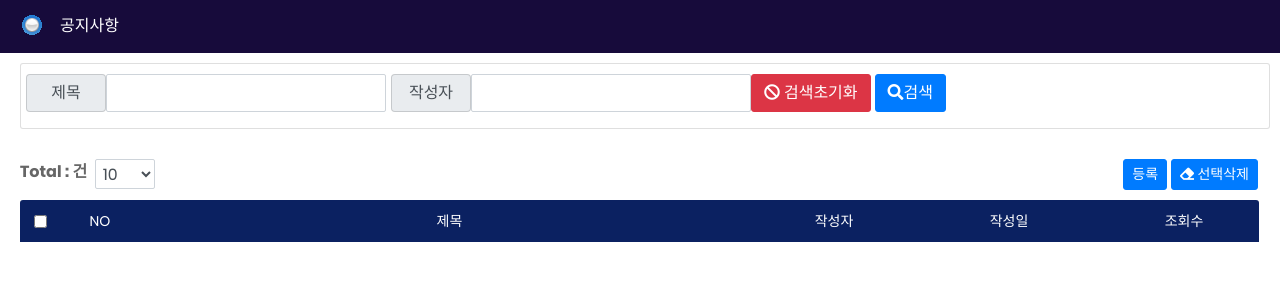
Repository: kimnamgu/GangNamGu
Page: http://localhost/manpower/WEB-INF/jsp/daejang/notice.jsp
An editor plug-in stored every save of this project. The page is shown before and after the next save, followed by the edit.
The browser window is 1280 px wide. The pictures show the whole page.
The page is served by Tomcat 9. Nobody is signed in. Other server files are loaded and not shown. The template is opened directly, without the code that normally fills it, so the values that code supplies are empty.

Above is the page before, as saved 2020-11-04 01:06:37.
Console error: TypeError: Cannot read properties of undefined (reading 'replace')

### manpower/src/main/webapp/WEB-INF/jsp/daejang/notice.jsp
<%@ page language="java" contentType="text/html; charset=UTF-8"	pageEncoding="UTF-8"%>
<html>
<head>
<%@ include file="/WEB-INF/include/include-header.jspf"%>


<script type="text/javascript">
	var user_right = "${sessionScope.userinfo.userright}";

	$(document).ready(function() {

		//from
		$("#FROM_DATE").datepicker({

			dateFormat: 'yy-mm-dd',
			monthNamesShort: ['1월','2월','3월','4월','5월','6월','7월','8월','9월','10월','11월','12월'],
		    dayNamesMin: ['일','월','화','수','목','금','토'],
			changeMonth: true, //월변경가능
		    changeYear: true, //년변경가능
			showMonthAfterYear: true //년 뒤에 월 표시
		});

		//to
		$("#TO_DATE").datepicker({

			dateFormat: 'yy-mm-dd',
			monthNamesShort: ['1월','2월','3월','4월','5월','6월','7월','8월','9월','10월','11월','12월'],
		    dayNamesMin: ['일','월','화','수','목','금','토'],
			changeMonth: true, //월변경가능
		    changeYear: true, //년변경가능
			showMonthAfterYear: true //년 뒤에 월 표시
		});

		//검색초기화
		fn_initial_setting();

		fn_selectDomesticContactList(1);

		$("#NAME").keydown(function (key) {

			if(key.keyCode == 13){//키가 13이면 실행 (엔터는 13)
				$("#PAGE_INDEX").val("1");
				fn_selectDomesticContactList(1);
			}
		});

		$("#search").on("click", function(e){ //검색 버튼
			e.preventDefault();
			fn_selectDomesticContactList(1);
		});

		$("#DISP_CNT").change(function(){
			$("#RECORD_COUNT").val($("#DISP_CNT option:selected").val());
			fn_selectDomesticContactList(1);
		});

		$("#initial").on("click", function(e){ //초기화 버튼
			e.preventDefault();
			$("#form1").each(function() {
				fn_initial_setting();
		    });
		});

		//전체 선택시
		$('input[name=_selected_all_]').on('change', function(){
			$('input[name=_selected_]').prop('checked', this.checked);
		});


		$("#delete").on("click", function(e){ //초기화 버튼
			e.preventDefault();
			delChkRow();
		});


	});

	function fromDate_icon(){
		//from
		$("#FROM_DATE").focus();

	}

	function toDate_icon(){
		//to
		$("#TO_DATE").focus();
	}


	//선택 로우 삭제
    function delChkRow() {

    	var arr = $('input[name=_selected_]:checked').serializeArray().map(function(item) { return item.value });

		var checkedValue = [];
		$('input[name=_selected_]:checked').each(function(index, item){
			checkedValue.push($(item).val());
		});


		if (arr.length ==0 ) {
			alert("선택된 로우가 없습니다.");
			return false;
		}

		if (confirm("선택 항목을 삭제 하시겠습니까?")) {

			//견적서 파일 삭제

			$.ajax({
		        type: "post",
		        url : "/corona/manage/deleteDomesticChk.do",
		        data: {
		        	val:checkedValue
		        },
		        contentType : "application/x-www-form-urlencoded; charset=utf-8",

		        success:function (data) {//추천성공
		        	alert("삭제가 완료되었습니다.");
		        	fn_selectDomesticContactList(1);
	            },

		        error: function (data) {//추천실패
		        	alert("삭제가 실패 하였습니다.관리자에게 문의 바랍니다.");
	            }
	     	});

		}
	}

	//수정화면가기
	function fn_updateDomestic(UID) {
		var comSubmit = new ComSubmit();

		comSubmit.setUrl("<c:url value='/write/updateDomesticView.do' />");
		comSubmit.addParam("ID", UID);
		comSubmit.submit();
	}


	//검색초기화
	function fn_initial_setting(){
		//From의 초기값을 오늘 날짜로 설정
	    $('#FROM_DATE').datepicker('setDate', '-1M'); //(-1D:하루전, -1M:한달전, -1Y:일년전), (+1D:하루후, -1M:한달후, -1Y:일년후)
	    //To의 초기값을 내일로 설정
	    $('#TO_DATE').datepicker('setDate', 'today'); //(-1D:하루전, -1M:한달전, -1Y:일년전), (+1D:하루후, -1M:한달후, -1Y:일년후)

	    $("#RECORD_COUNT").val($("#DISP_CNT option:selected").val());
		$("#PAGE_INDEX").val("1");

		$("#NAME").val("");
	}


	function fn_selectDomesticContactList(pageNo){
		var comAjax = new ComAjax();
		comAjax.setUrl("<c:url value='/manage/selectDomesticContactList.do' />");
		comAjax.addParam("PAGE_INDEX",pageNo);
		comAjax.addParam("PAGE_ROW", $("#RECORD_COUNT").val());
		comAjax.addParam("name", $("#NAME").val());

		comAjax.addParam("from_date", $("#FROM_DATE").val().replace(/-/gi, ""));
		comAjax.addParam("to_date", $("#TO_DATE").val().replace(/-/gi, ""));
		comAjax.setCallback("fn_selectDomesticContactListCallback");

		comAjax.ajax();
	}


	function fn_selectDomesticContactListCallback(data){
		var total = data.total;
		var body = $("#mytable");
		var recordcnt = $("#RECORD_COUNT").val();


		$("#tcnt").text(comma(total));

		body.empty();
		if(total == 0){
			var str = "<tr>" +
				  "<td colspan='32' style='text-align:center;'>조회된 결과가 없습니다.</td>" +
				  "</tr>";
			body.append(str);
		}
		else{
			var params = {
				divId : "PAGE_NAVI",
				pageIndex : "PAGE_INDEX",
				totalCount : total,
				recordCount : recordcnt,
				eventName : "fn_selectDomesticContactList"
			};
			gfn_renderPaging(params);

			var str = "";
			var t_str = "";
			var tr_class = "";
			var jsonData = null;
			var jsonStr = null;

			$.each(data.list, function(key, value){
				       t_str = "";

				       if ((value.RNUM % 2) == 0 )
							tr_class = "tr1";
					   else
							tr_class = "tr2";


				       str += "<tr class='" + tr_class + "'>" +
				       			   "<td><input type='checkbox' name='_selected_' value='"+value.ID+"'></td>" +
								   "<td align='center' style='color:#444444;'>" + value.RNUM + "</td>" +
								   "<td width=90 align='center' style='color:#444444;word-break:break-all;'><span class='status--denied'>" + formatDate(NvlStr(value.WRITE_DATE), ".") + "</span></td>" +
								   "<td align='center' style='color:#444444;'>" + hp_format(NvlStr(value.CELL_NUM)) + "</td>" +
								   "<td align='center' style='color:blue;'>" +
								   "	<a href='javascript:void(0);' onclick='fn_updateDomestic("+ value.ID +")' name='NAME'>" + NvlStr(value.NAME) + "</a>"+
								   "</td>" +
								   "<td align='center' style='color:#444444;'>" + NvlStr(value.SEX) + "</td>" +
								   "<td align='center' style='color:#444444;'>" + NvlStr(value.BIRTH) + "</td>" +
								   "<td align='center' style='color:#444444;'>" + NvlStr(value.JOB) + "</td>" +
								   "<td align='center' style='color:#444444;'>" + NvlStr(value.SELF_ISO_AREA_DONG) + "</td>" +
								   "<td align='center' style='color:#444444;'>" + NvlStr(value.SELF_ISO_AREA_ADDRESS) + "</td>" +
								   "<td align='center' style='color:#444444;'>" + NvlStr(value.SELF_ISO_AREA_ADDRESS_DTL) + "</td>" +
								   "<td align='center' style='color:#444444;'>" + NvlStr(value.PATIENT_NUM) + "</td>" +
								   "<td align='center' style='color:#444444;'>" + NvlStr(value.PATIENT_NAME) + "</td>" +
								   "<td align='center' style='color:#444444;'>" + NvlStr(value.CONTACT_NUM) + "</td>" +
								   "<td align='center' style='color:#444444;'>" + NvlStr(value.CONTACT_NAME) + "</td>" +
								   "<td align='center' style='color:#444444;'>" + NvlStr(value.FINAL_CONTACT) + "</td>" +
								   "<td align='center' style='color:#444444;'>" + NvlStr(value.MONITOR_START) + "</td>" +
								   "<td align='center' style='color:#444444;'>" + NvlStr(value.MONITOR_END) + "</td>" +
								   "<td align='center' style='color:#444444;'>" + NvlStr(value.CONTACT_ADDRESS) + "</td>" +
								   "<td align='center' style='color:#444444;'>" + NvlStr(value.CONTACT_TYPE) + "</td>" +
								   "<td align='center' style='color:#444444;'>" + NvlStr(value.CONTACT_GUBUN) + "</td>" +
								   "<td align='center' style='color:#444444;'>" + NvlStr(value.PATIENT_YN) + "</td>" +
								   "<td align='center' style='color:#444444;'>" + NvlStr(value.BALGUB_YN) + "</td>" +
								   "<td align='center' style='color:#444444;'>" + NvlStr(value.DAMDANG_DEPART) + "</td>" +
								   "<td align='center' style='color:#444444;'>" + NvlStr(value.DAMDANG_CLASS) + "</td>" +
								   "<td align='center' style='color:#444444;'>" + NvlStr(value.DAMDANG_POSITION) + "</td>" +
								   "<td align='center' style='color:#444444;'>" + NvlStr(value.DAMDANG_NAME) + "</td>" +
								   "<td align='center' style='color:#444444;'>" + NvlStr(value.DAMDANG_CALL) + "</td>" +
							   "</tr>";

			});
			body.append(str);
		}
	}


	//엑셀 업로드
	function check() {
		var file = $("#excelFile").val();

		if (file == "" || file == null) {
			alert("파일을 선택해주세요.");
			return false;
		} else if (!checkFileType(file)) {
			alert("엑셀 파일만 업로드 가능합니다.");
			return false;
		}

		if (confirm("업로드시 병합된 셀이 있으면 해제해 주셔야 합니다.\n업로드 하시겠습니까?")) {

			var options = {
				success : function(data) {
					if(data.resultMap.rtn == 1){
						alert("모든 데이터가 업로드 되었습니다.");
						fn_selectDomesticContactList(1);
					}else{
						alert(data.resultMap.err_msg+"\n\n" + data.resultMap.err_msg_dtl);
					}

				},
				type : "POST"
			};

			$("#excelUploadForm").ajaxSubmit(options);

		}
	}

	//엑셀 형식인지 확인
	function checkFileType(filePath) {
		var fileFormat = filePath.split(".");

		if (fileFormat.indexOf("xls") > -1 || fileFormat.indexOf("xlsx") > -1) {
			return true;
		} else {
			return false;
		}
	}

	//샘플다운로드
	function fn_sampleDownload(gubun){
		var comSubmit = new ComSubmit();
		comSubmit.setUrl("<c:url value='/common/downloadSampleFile.do' />");
		comSubmit.addParam("gubun", gubun);
		comSubmit.submit();
	}

	//엑셀 다운로드
	function doExcelDownloadProcess(mappingValue){
		alert("다운로드 되는 엑셀은 조회조건에 영향을 받습니다.");

		$("input[name=name]", "form[name=excelDown]").val($("#NAME").val());
		$("input[name=from_date]", "form[name=excelDown]").val($("#FROM_DATE").val().replace(/-/gi, ""));
		$("input[name=to_date]", "form[name=excelDown]").val($("#TO_DATE").val().replace(/-/gi, ""));

	    var f = document.excelDown;
	    f.action = mappingValue;
	    f.submit();
	}
</script>
</head>

<body>

<form id="form1" name="form1">
<input type="hidden" id="USER_ID" name="USER_ID" value="${sessionScope.userinfo.userId}">
<c:set var="u_rt" value="${sessionScope.userinfo.userright}"/>


<div style="background-color:#170B3B;color:white; margin-bottom:10px; width: 100%;">
	<a href="#this" class="btn" id="logout">
		<img src="/manpower/images/popup_title.gif" align="absmiddle">
	</a>공지사항
</div>



<div style="width:100%;padding-left:20px;padding-right:10px;">
	<div class="card" style="width:100%;display: inline-block;padding-top:10px;">
		<form action="" method="post">
			<div class="card-body card-block">
				<div>
					<div class="form-group" style="width: 360;float:left;margin-left:5px;">
						<div class="input-group">
							<div class="input-group-addon" style="width: 80px;">제목</div>
							<input type="text" id="NAME" name="NAME" value="" class="form-control">
						</div>
					</div>

					<div class="form-group" style="width: 360;float:left;margin-left:5px;">
						<div class="input-group">
							<div class="input-group-addon" style="width: 80px;">작성자</div>
							<input type="text" id="NAME" name="NAME" value="" class="form-control">
						</div>
					</div>
				</div>
			</div>
			<div class="form-actions form-group">
				<div style="float: left;">
					<a href="#this" class="btn btn-danger" id="initial"><i class="fa fa-ban"></i> 검색초기화</a>
					<a href="#this" class="btn btn-primary" id="search"><i class="fa fa-search"></i>검색</a>
				</div>
			</div>
		</form>
	</div>
</div>

	<div style="float: left;margin-left:20px;">
		<div style="float: left;">
			<b>Total : <span id="tcnt"></span> 건</b> &nbsp;
		</div>
		<div style="float: left;">
			<select id="DISP_CNT" name="DISP_CNT" class="form-control" style="width:60px!important;height:30px;padding:3px;">
	           	<option value="10">10</option>
	           	<option value="20">20</option>
				<option value="50">50</option>
			</select>
		</div>
	</div>

</form>

<div class="contents" style="float:right;margin-right:22px;margin-bottom:10px;">
	<a href="/corona/write/domesticWrite.do" class="btn btn-primary btn-sm" id="insert">등록</a>
	<a href="#this" class="btn btn-primary btn-sm" id="delete"><i class="fa fa-eraser"></i> 선택삭제</a>
</div>
<div align="left" style="width:100%;padding-right:20px;">
	<div  style="margin-left:20px;" align="center">
		<div class="table-responsive m-b-40">
			 <table class="table table-borderless table-data3" id="selectable">
			     <thead style="background-color:#0B2161;">
			        <tr align="center">
			        		<th style="width: 40px;"><input type="checkbox" name="_selected_all_"></th>
							<th style="width: 80px;">NO</th>
							<th>제목</th>
							<th style="width: 150px;">작성자</th>
							<th style="width: 200px;">작성일</th>
							<th style="width: 150px;">조회수</th>
						</tr>
			      </thead>
			      <tbody id='mytable'>
			      </tbody>
		      </table>
	      </div>
	</div>

	<div id="PAGE_NAVI" align='center'></div>
	<input type="hidden" id="PAGE_INDEX" name="PAGE_INDEX"/>
	<input type="hidden" id="RECORD_COUNT" name="RECORD_COUNT" value="20"/>

</div>

	<%@ include file="/WEB-INF/include/include-body.jspf" %>




</body>
</html>

### manpower/src/main/webapp/WEB-INF/include/include-header.jspf
<%@ taglib prefix="c" uri="http://java.sun.com/jsp/jstl/core" %>
<%@ taglib prefix="fn" uri="http://java.sun.com/jsp/jstl/functions" %>
<%@ taglib prefix="fmt" uri="http://java.sun.com/jsp/jstl/fmt" %>
<!--
<link rel="stylesheet" type="text/css" href="/manpower/css/common.css" />
<link rel="stylesheet" type="text/css" href="/manpower/css/skin01.css" />
<link rel="stylesheet" type="text/css" href="/manpower/css/import.css" />
<link rel="stylesheet" type="text/css" href="/manpower/css/manpower.css" />
 -->



<!-- Fontfaces CSS-->
<link href="/manpower/bootstrap/css/font-face.css" rel="stylesheet" media="all">
<link href="/manpower/bootstrap/vendor/font-awesome-4.7/css/font-awesome.min.css" rel="stylesheet" media="all">
<link href="/manpower/bootstrap/vendor/font-awesome-5/css/fontawesome-all.min.css" rel="stylesheet" media="all">
<link href="/manpower/bootstrap/vendor/mdi-font/css/material-design-iconic-font.min.css" rel="stylesheet" media="all">

<!-- Bootstrap CSS-->
<link href="/manpower/bootstrap/vendor/bootstrap-4.1/bootstrap.min.css" rel="stylesheet" media="all">

<!-- Vendor CSS-->
<link href="/manpower/bootstrap/vendor/animsition/animsition.min.css" rel="stylesheet" media="all">
<link href="/manpower/bootstrap/vendor/bootstrap-progressbar/bootstrap-progressbar-3.3.4.min.css" rel="stylesheet" media="all">
<link href="/manpower/bootstrap/vendor/wow/animate.css" rel="stylesheet" media="all">
<link href="/manpower/bootstrap/vendor/css-hamburgers/hamburgers.min.css" rel="stylesheet" media="all">
<link href="/manpower/bootstrap/vendor/slick/slick.css" rel="stylesheet" media="all">
<link href="/manpower/bootstrap/vendor/select2/select2.min.css" rel="stylesheet" media="all">
<link href="/manpower/bootstrap/vendor/perfect-scrollbar/perfect-scrollbar.css" rel="stylesheet" media="all">

<!-- Main CSS-->
<link href="/manpower/bootstrap/css/theme.css" rel="stylesheet" media="all">




<!-- Jquery JS-->
<script src="/manpower/bootstrap/vendor/jquery-3.2.1.min.js"></script>
<!-- Bootstrap JS-->
<script src="/manpower/bootstrap/vendor/bootstrap-4.1/popper.min.js"></script>
<script src="/manpower/bootstrap/vendor/bootstrap-4.1/bootstrap.min.js"></script>
<!-- Vendor JS       -->
<script src="/manpower/bootstrap/vendor/slick/slick.min.js">
</script>
<script src="/manpower/bootstrap/vendor/wow/wow.min.js"></script>
<script src="/manpower/bootstrap/vendor/animsition/animsition.min.js"></script>
<script src="/manpower/bootstrap/vendor/bootstrap-progressbar/bootstrap-progressbar.min.js">
</script>
<script src="/manpower/bootstrap/vendor/counter-up/jquery.waypoints.min.js"></script>
<script src="/manpower/bootstrap/vendor/counter-up/jquery.counterup.min.js">
</script>
<script src="/manpower/bootstrap/vendor/circle-progress/circle-progress.min.js"></script>
<script src="/manpower/bootstrap/vendor/perfect-scrollbar/perfect-scrollbar.js"></script>
<script src="/manpower/bootstrap/vendor/chartjs/Chart.bundle.min.js"></script>
<script src="/manpower/bootstrap/vendor/select2/select2.min.js">
</script>

<!-- Main JS-->
<script src="/manpower/bootstrap/js/main.js"></script>

<!-- jQuery -->
<link rel="stylesheet" type="text/css" href="/manpower/css/jquery-ui.css" />
<!-- <script src="http://code.jquery.com/jquery.min.js"></script>-->
<script type="text/javascript" src="<c:url value='/js/jquery.min.js'/>"></script>
<script type="text/javascript" src="<c:url value='/js/jquery-ui.js'/>"></script>
<script type="text/javascript" src="<c:url value='/js/jquery.cookie.js'/>"></script>
<script type="text/javascript" src="<c:url value='/js/jquery.form.js'/>"></script>
<script src="<c:url value='/js/common.js'/>" charset="utf-8"></script>

### manpower/src/main/webapp/WEB-INF/include/include-body.jspf
<%@ page pageEncoding="utf-8"%>
<form id="commonForm" name="commonForm"></form>

Loaded but not shown: manpower/src/main/webapp/bootstrap/css/theme.css (library); manpower/src/main/webapp/css/jquery-ui.css (library); manpower/src/main/webapp/js/jquery.min.js (library); manpower/src/main/webapp/js/jquery-ui.js (library); manpower/src/main/webapp/js/jquery.cookie.js (library); manpower/src/main/webapp/js/jquery.form.js (library); manpower/src/main/webapp/bootstrap/js/main.js (1670 lines, source omitted); manpower/src/main/webapp/js/common.js (515 lines, source omitted); manpower/src/main/webapp/bootstrap/css/font-face.css (234 lines, source omitted)

After the next save:
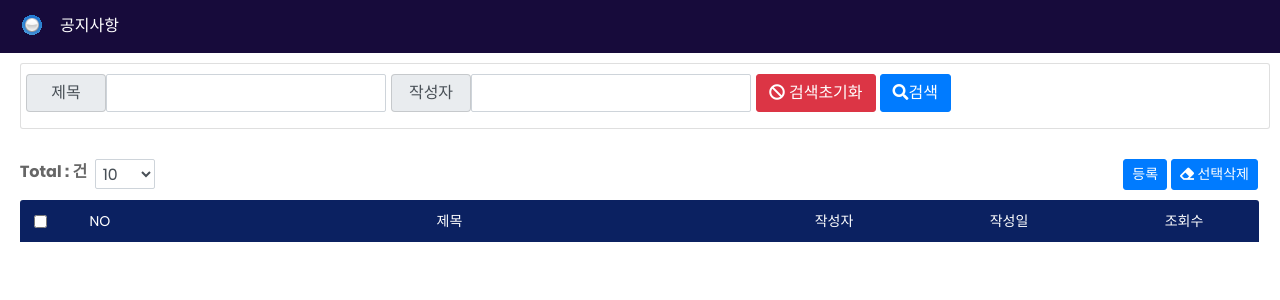
Saved 10 s later.
--- a/manpower/src/main/webapp/WEB-INF/jsp/daejang/notice.jsp
+++ b/manpower/src/main/webapp/WEB-INF/jsp/daejang/notice.jsp
@@ -348,7 +348,7 @@
 				</div>
 			</div>
 			<div class="form-actions form-group">
-				<div style="float: left;">
+				<div style="float: left;margin-left:5px;">
 					<a href="#this" class="btn btn-danger" id="initial"><i class="fa fa-ban"></i> 검색초기화</a>
 					<a href="#this" class="btn btn-primary" id="search"><i class="fa fa-search"></i>검색</a>
 				</div>
